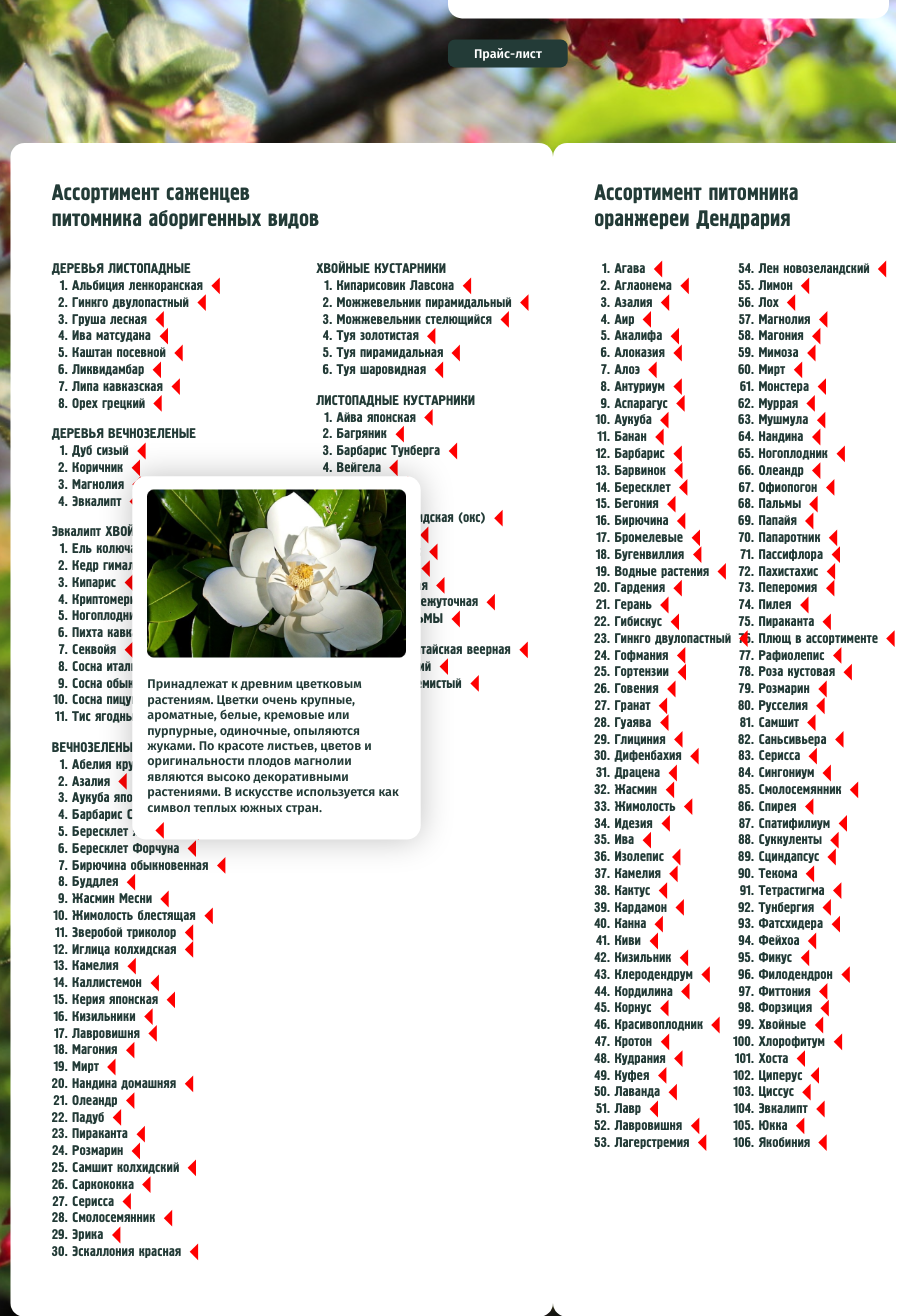
Repository: sem1103/np-sochi
Page: index.html
These files come from the project's save history. The page is drawn as it stood at one moment and after the next save; the edit follows.
The browser window is 1280 px wide. The page is 1313 px wide, so the pictures cover 1313 px, including what lies to the right of the window. The pictures show the part of the page from y = 595 to 2475 px (the page is 2598 px tall), at 70% of full size.

Above is the page before, as saved 2024-01-17 23:06:05.

After the next save:
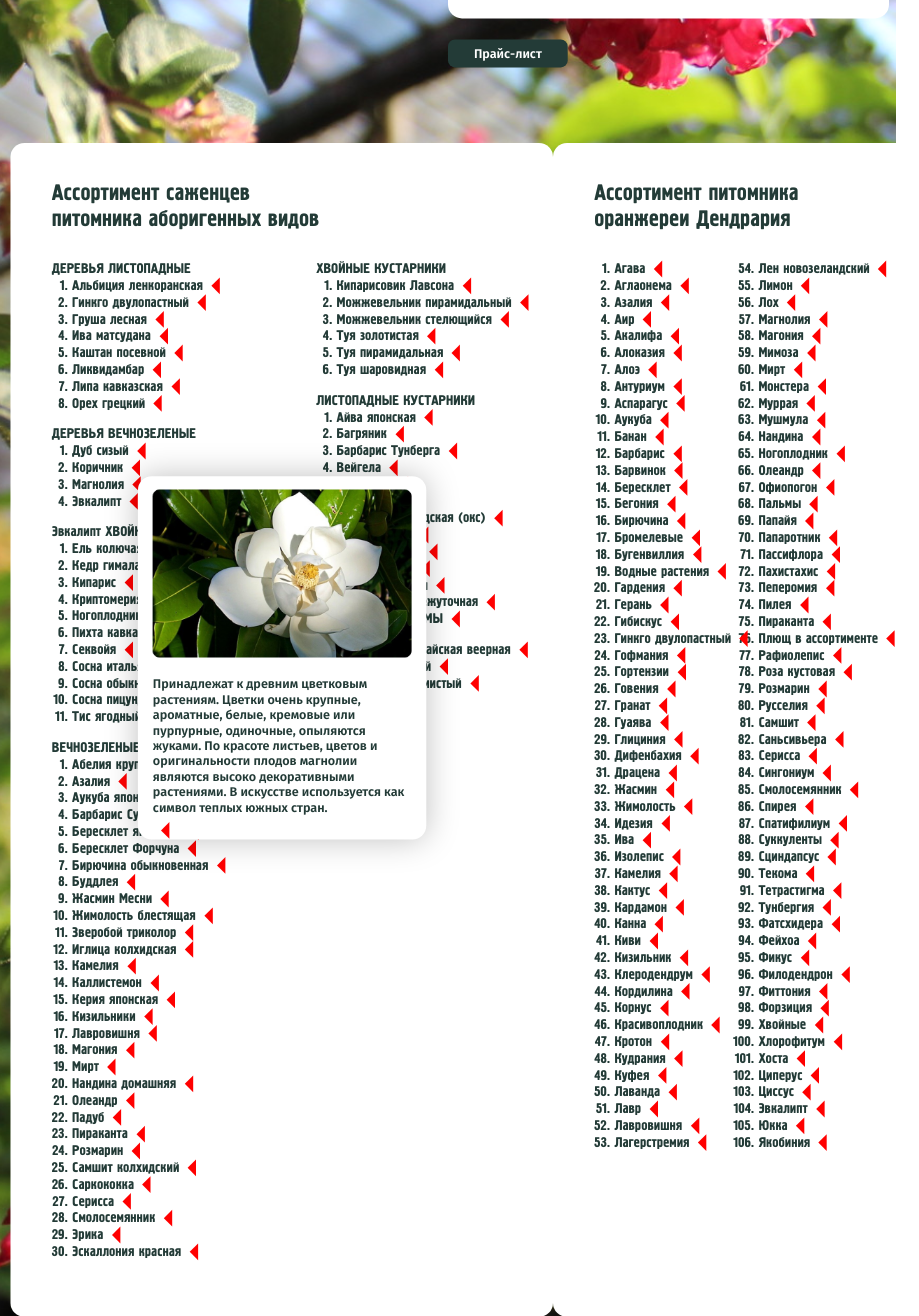
Saved 19 s later.
--- a/styles/main.css
+++ b/styles/main.css
@@ -113,7 +113,7 @@ ol div::after{
     padding: 19px 21px 25px 21px;
     border-radius: 20px;
     box-shadow: 0px 0px 45px 0px #00000040;
-    left: calc(100% + 12px);
+    left: calc(100% + 20px);
     width: 412px;
     top: 0;
 }
